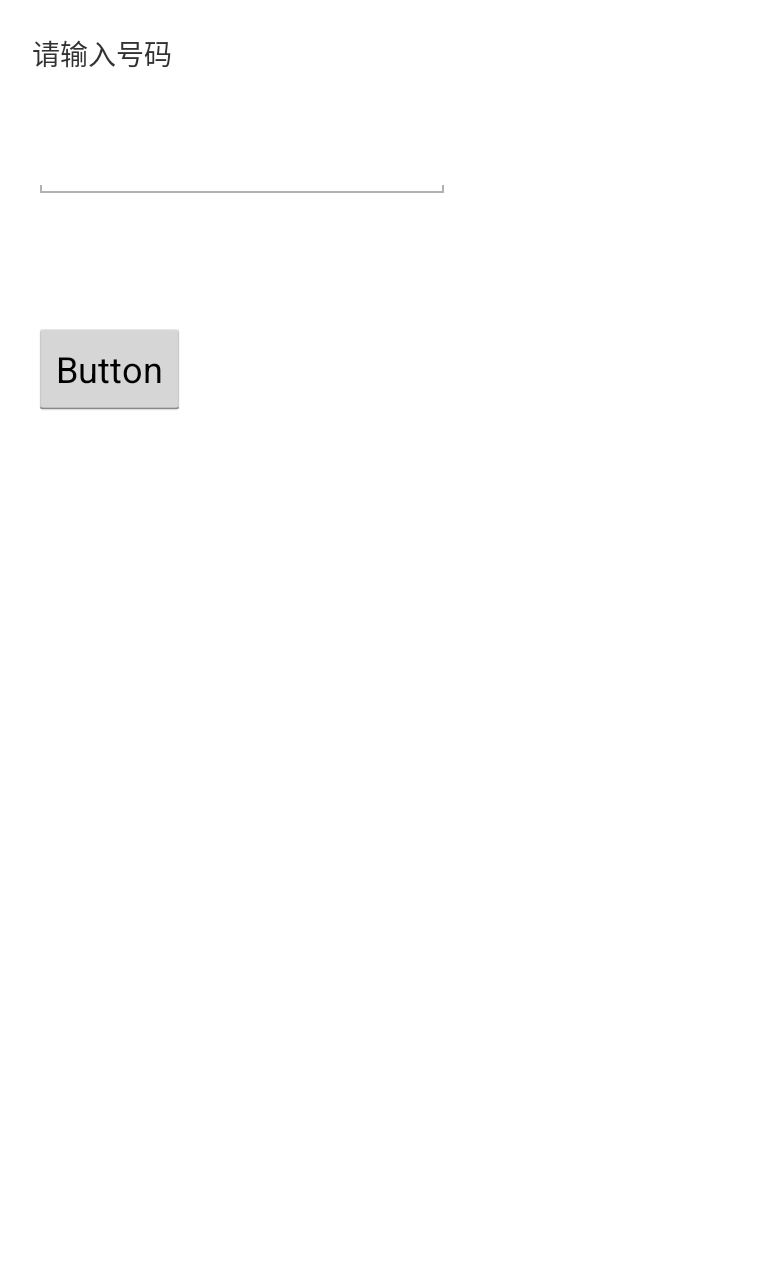
Repository: howu911/AndroidPracticeCode
Layout: day_02/code/day02_03_thirdClickEventMethod/res/layout/activity_main.xml
An editor plug-in stored every save of this project. The layout is shown before and after the next save, followed by the edit.
It is drawn on a 768 x 1280 px phone screen (xhdpi) without system bars, with theme AppTheme; the app's code is not run.

Above is the layout before, as saved 2020-04-06 13:36:16.

After the next save:
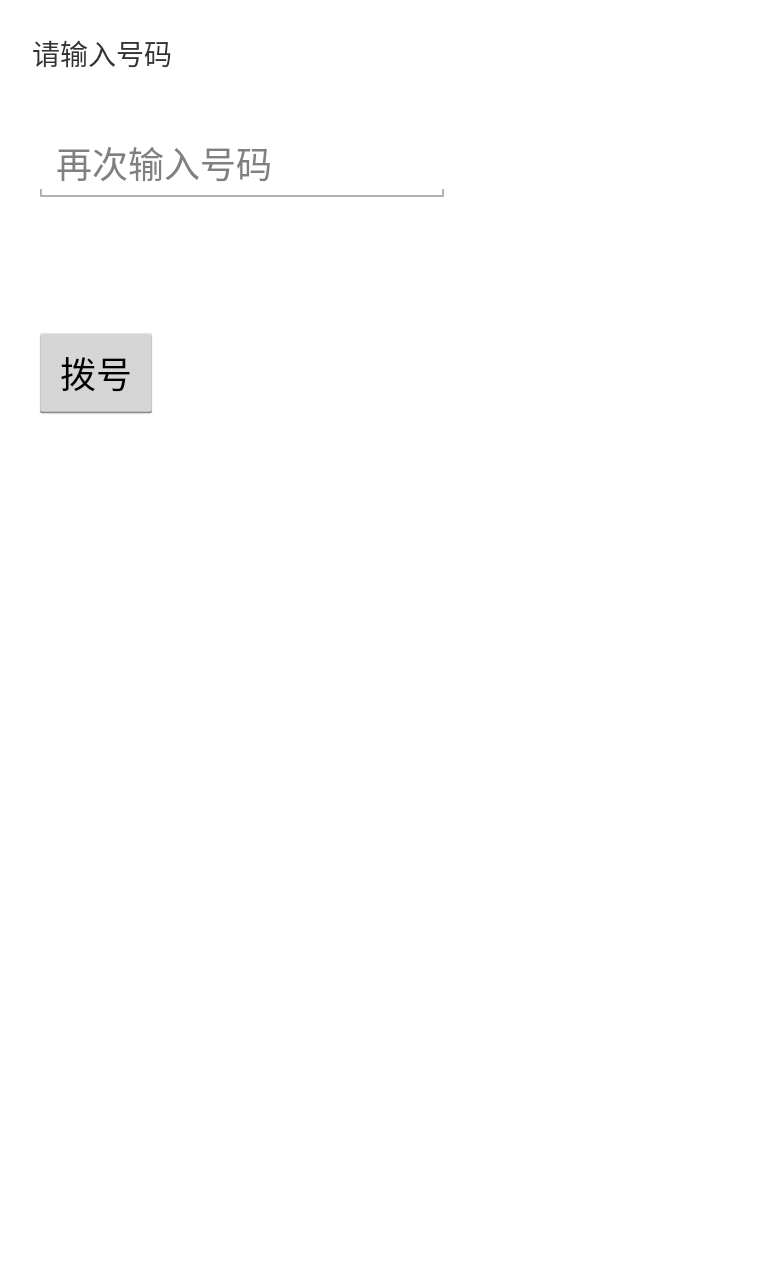
Saved 36 s later.
--- a/day_02/code/day02_03_thirdClickEventMethod/res/layout/activity_main.xml
+++ b/day_02/code/day02_03_thirdClickEventMethod/res/layout/activity_main.xml
@@ -21,6 +21,7 @@
         android:layout_alignLeft="@+id/textView1"
         android:layout_below="@+id/textView1"
         android:layout_marginTop="24dp"
+        android:hint="再次输入号码"
         android:ems="10" />
 
     <Button
@@ -30,6 +31,6 @@
         android:layout_alignLeft="@+id/editText1"
         android:layout_below="@+id/editText1"
         android:layout_marginTop="60dp"
-        android:text="Button" />
+        android:text="拨号" />
 
 </RelativeLayout>
